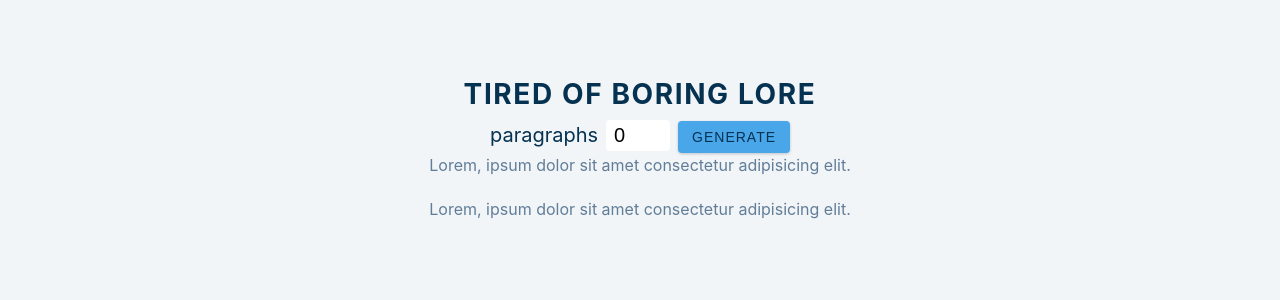
Repository: davidaloba/lorem-ipsum
Page: /
The author's editor kept a copy of each file at every save. The page is drawn from the files as they stood at one save, then again after the next save.
The browser window is 1280 px wide. The pictures show the whole page.
The project was rebuilt for these pictures with package versions that can differ from the ones it lists, and the page was loaded fresh each time.

Above is the page before, as saved 2021-10-22 16:23:29.

### src/App.js
import React, { useState } from "react";
import data from "./data";

function App() {
  const [count, setCount] = useState(0);
  const [text, setText] = useState([]);

  const handleSubmit = (e) => {
    e.preventDefault();
    console.log("hello world");
  };
  return (
    <section className="section-center">
      <h3>tired of boring lore</h3>
      <form onClick={handleSubmit} className="lorem-ipsum">
        <label htmlFor="amounr">paragraphs</label>
        <input
          type="text"
          name="amount"
          id="amount"
          value={count}
          onChange={(e) => setCount(e.target.value)}
        />
        <button type="submit" className="btn ">
          generate
        </button>
      </form>
      <article className="lorem-text">
        <p>Lorem, ipsum dolor sit amet consectetur adipisicing elit.</p>
        <p>Lorem, ipsum dolor sit amet consectetur adipisicing elit.</p>
      </article>
    </section>
  );
}

export default App;

Loaded but not shown: public/index.html (common file); src/index.js (common file); src/index.css (common file); src/data.js (library)

After the next save:
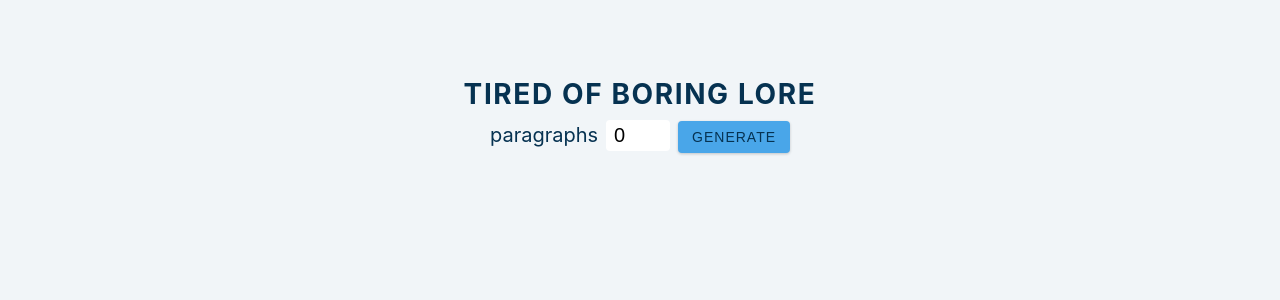
Saved 8 min 53 s later.
--- a/src/App.js
+++ b/src/App.js
@@ -7,6 +7,7 @@ function App() {
 
   const handleSubmit = (e) => {
     e.preventDefault();
+    setText(data);
     console.log("hello world");
   };
   return (
@@ -26,8 +27,9 @@ function App() {
         </button>
       </form>
       <article className="lorem-text">
-        <p>Lorem, ipsum dolor sit amet consectetur adipisicing elit.</p>
-        <p>Lorem, ipsum dolor sit amet consectetur adipisicing elit.</p>
+        {text.map((item, index) => {
+          return <p key={index}>{item}</p>;
+        })}
       </article>
     </section>
   );
